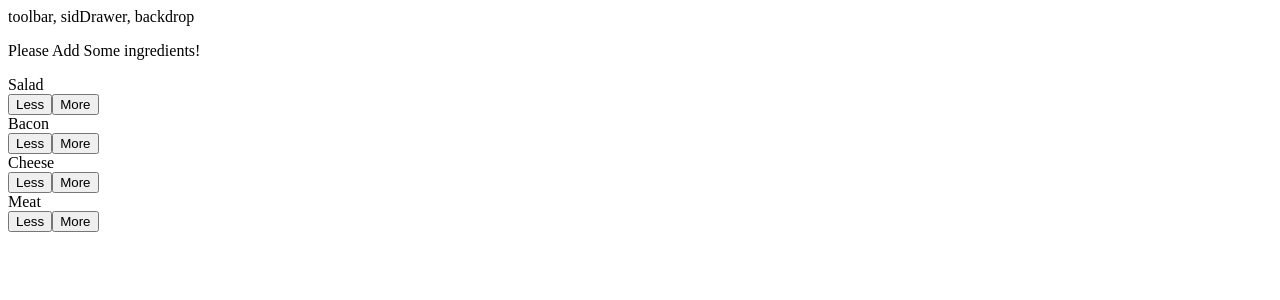
Repository: Yekta-Behzadi/burger-builder
Page: /
These files come from the project's save history. The page is drawn as it stood at one moment and after the next save; the edit follows.
The browser window is 1280 px wide. The pictures show the whole page.
The project was rebuilt for these pictures with package versions that can differ from the ones it lists, and the page was loaded fresh each time. Also part of the build but not shown: src/components/Layout/Layout.css, src/components/Burger/Burger.css, src/components/Burger/BurgerIngredients/BurgerIngredients.css, src/components/Burger/BuildControls/BuildControls.css, src/components/Burger/BuildControls/BuildControl/BuildControl.css.

Above is the page before, as saved 2021-01-02 13:48:15.

After the next save:
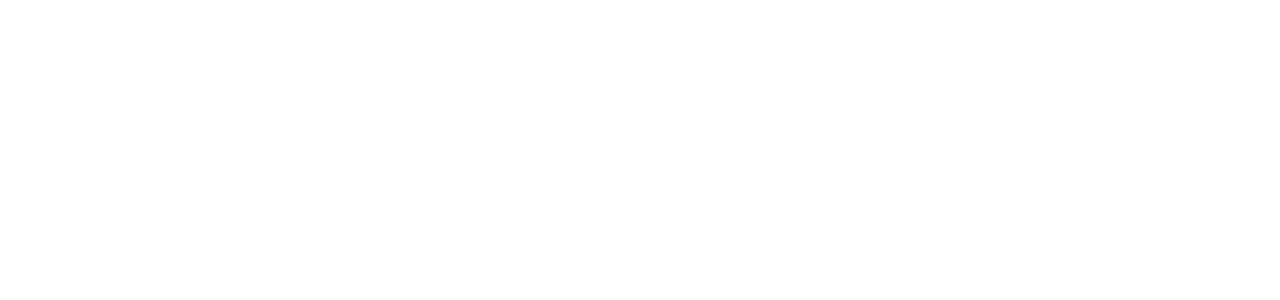
Console error: TypeError: props.disabeled is not a function
Saved 4 s later.
--- a/src/components/Burger/BuildControls/BuildControls.js
+++ b/src/components/Burger/BuildControls/BuildControls.js
@@ -19,7 +19,7 @@
      label={ctrl.label}
      added={ () => props.ingredientAdded(ctrl.type)}
      deducted = {() => props.ingredientDeducted(ctrl.type)}
-     disabeled = {props.disabeled}
+     disabeled = {props.disabeled()}
      />
      ))}
  </div>

After the 5 saves that followed:
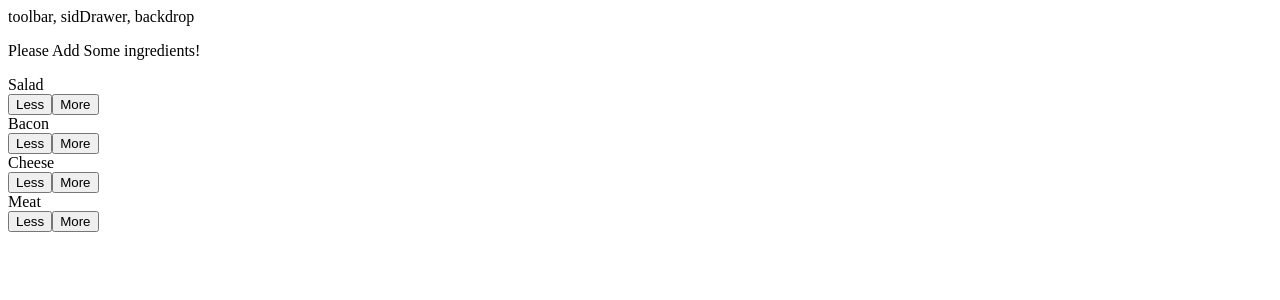
The error is gone.
The 5 saves are shown as one change because 1 left the picture as it was and some came seconds apart.
The last was saved 20 s later.
--- a/src/components/Burger/BuildControls/BuildControls.js
+++ b/src/components/Burger/BuildControls/BuildControls.js
@@ -19,7 +19,7 @@
      label={ctrl.label}
      added={ () => props.ingredientAdded(ctrl.type)}
      deducted = {() => props.ingredientDeducted(ctrl.type)}
-     disabeled = {props.disabeled()}
+     disabeled = {props.disabeled[ctrl.type]}
      />
      ))}
  </div>
